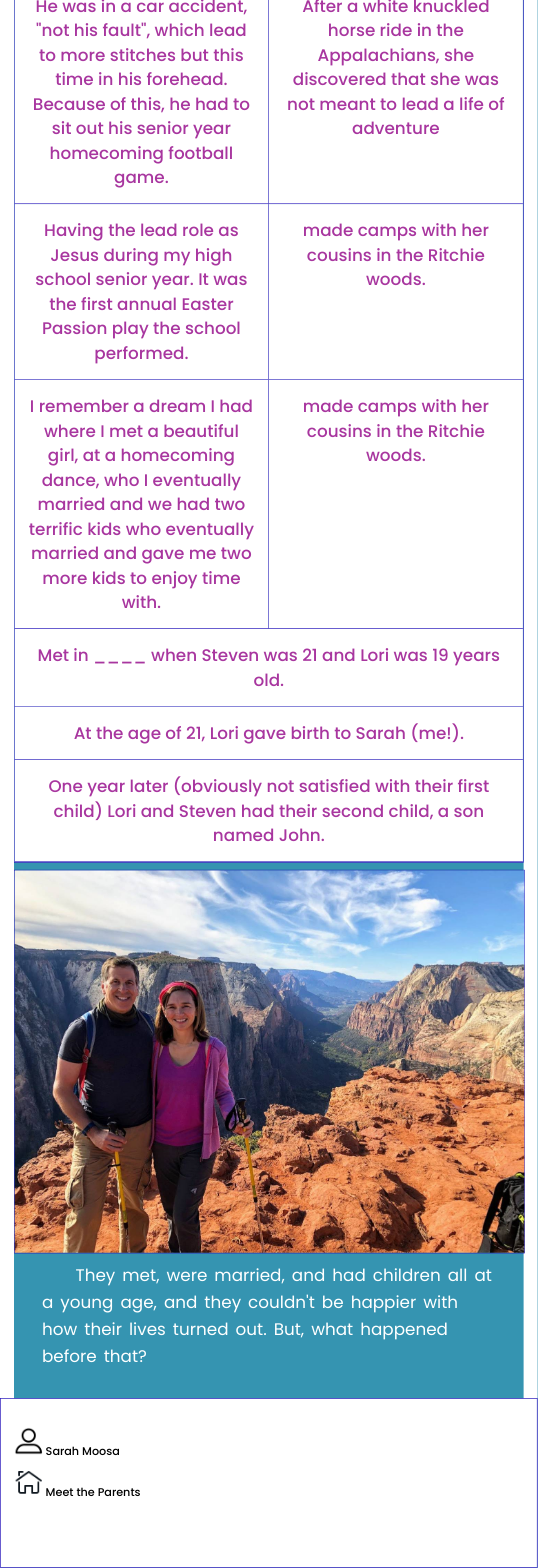
Repository: Sbethm/parents-tribute
Page: timeline.html
An editor plug-in stored every save of this project. The page is shown before and after the next save, followed by the edit.
The browser window is 768 px wide. The pictures show the part of the page from y = 1761 to 4001 px (the page is 4001 px tall), at 70% of full size.

Above is the page before, as saved 2021-02-24 13:11:10.

### timeline.html
<!DOCTYPE html>
<html>
    <head>
      <meta charset="UTF-8">
      <title>Before They Met</title>
      <meta name="description" content="A choose your own story adventure game">
      <meta name="viewport" content="width=device-width, initial-scale=1.0">
      <link rel="preconnect" href="https://fonts.gstatic.com">
      <link href="https://fonts.googleapis.com/css2?family=Poppins:ital,wght@0,400;0,500;0,600;0,700;0,800;0,900;1,400;1,500;1,600;1,700;1,800;1,900&family=Sora:wght@400;500;600;700;800&display=swap" rel="stylesheet"> <!--
        This is used for headings:
        font-family: 'Sora', sans-serif;
        This is used for content:
        font-family: 'Poppins', sans-serif;-->
      <link href="style.css" type="text/css" rel="stylesheet">
    </head>

    <body>
      <header>
        <h1>Meet the Parents</h1>
        <nav class="navigation">
          <a href="timeline.html">Before They Met</a>
          <a class= "a--border" href="index.html">Meet the Parents</a>
          <a href="lesson.html">The Lesson</a>
          </nav>
      </header>
      <main>
        <h2>Before They Met</h2>
        <p class="p--first">My parents were married at a young age. So, many of the stories they share are about their lives together.</p>
        <p class="p--last">They met, were married, and had children all at a young age, and they couldn't be happier with how their lives turned out. But, what happened before that?</p>
        <div class="grid--timeline">
            <div class="grid__box--timeline dad">Steven</div>
            <div class="grid__box--timeline mom">Lori</div>
            <!---------Dad's Grid Boxes---------->
            <div class="grid__box--timeline f-1">Born in 1969. The same year that man  first stepped on the moon.</div>
            <div class="grid__box--timeline f-2">Steven attended a small Catholic school.</div>
            <div class="grid__box--timeline f-3">During recess in the 4th grade, he gashed his elbow while playing a rough-and-tumble game of football. This resulted in four stitches (for a nine year old that’s a lot of stitches!)</div>
            <div class="grid__box--timeline f-4">When he was thirteen, he camped in the backyard and stayed up all night.</div>
            <div class="grid__box--timeline f-5">He ran his first high school track meet, the 100 yard dash, and won third place. For the first track meet, that's not too shabby!</div>
            <div class="grid__box--timeline f-6">He was in a car accident, "not his fault", which lead to more stitches but this time in his forehead. Because of this, he had to sit out his senior year homecoming football game.</div>
            <div class="grid__box--timeline f-7">Having the lead role as Jesus during my high school senior year. It was the first annual Easter Passion play the school performed.</div>
            <div class="grid__box--timeline f-8">I remember a dream I had where I met a beautiful girl, at a homecoming dance, who I eventually married and we had two terrific kids who eventually married and gave me two more kids to enjoy time with.</div>
            <!---------Dad's Grid Box Covers----->
            <div class="cover__left f-1__cover">1969</div>
            <div class="cover__left  f-2__cover">School</div>
            <div class="cover__left  f-3__cover"></div>
            <div class="cover__left  f-4__cover"></div>
            <div class="cover__left  f-5__cover"></div>
            <div class="cover__left  f-6__cover"></div>
            <div class="cover__left  f-7__cover"></div>
            <div class="cover__left  f-8__cover"></div>
            <!---------Mom's Grid Boxes---------->
            <div class="grid__box--timeline m-1">Born in 1970. What happened this year? Oh, yeah! Mom was born!</div>
            <div class="grid__box--timeline m-2">Lori attended a slightly larger public school.</div>
            <div class="grid__box--timeline m-3">She cut off one of her pigtails in the bathroom. Perhaps to see if she had the makings of a hairstylist? Let's just say, this career path ended here.</div>
            <div class="grid__box--timeline m-4">She had skied half of a bunny slope when she realized this daredevil sport wasn't for her.</div>
            <div class="grid__box--timeline m-5">She performed the lead role in a junior high school play.</div>
            <div class="grid__box--timeline m-6">After a white knuckled horse ride in the Appalachians, she discovered that she was not meant to lead a life of adventure</div>
            <div class="grid__box--timeline m-7">made camps with her cousins in the Ritchie woods.</div>
            <div class="grid__box--timeline m-8">made camps with her cousins in the Ritchie woods.</div>
            <!---------Mom's Grid Box Covers----->
            <div class="cover__right m-1__cover"></div>
            <div class="cover__right m-2__cover"></div>
            <div class="cover__right m-3__cover"></div>
            <div class="cover__right m-4__cover"></div>
            <div class="cover__right m-5__cover"></div>
            <div class="cover__right m-6__cover"></div>
            <div class="cover__right m-7__cover"></div>
            <div class="cover__right m-8__cover"></div>
            <!--------After They Met Boxes------->
            <div class="grid__box--timeline fm-1">Met in ____ when Steven was 21 and Lori was 19 years old.</div>
            <div class="grid__box--timeline fm-2">At the age of 21, Lori gave birth to Sarah (me!).</div>
            <div class="grid__box--timeline fm-3">One year later (obviously not satisfied with their first child) Lori and Steven had their second child, a son named John.</div>
        </div>
        <section>
          <img class="img-hiking"src="img/hiking.jpg" alt="Mom and dad enjoying a hike.">
          <p class="p--last">They met, were married, and had children all at a young age, and they couldn't be happier with how their lives turned out. But, what happened before that?</p>
        </section>
      </main>
      <footer>
        <img class="icon" src="img/profile_icon.png" alt="profile icon">
        Sarah Moosa
        <br><br>
        <img class="icon" src="img/home_icon.png" alt="home icon">
        Meet the Parents
      </footer>
    </body>

</html>

### style.css
/*
html5doctor.com Reset Stylesheet
v1.6.1
Last Updated: 2010-09-17
Author: Richard Clark - http://richclarkdesign.com
Twitter: @rich_clark
*/

html, body, div, span, object, iframe,
h1, h2, h3, h4, h5, h6, p, blockquote, pre,
abbr, address, cite, code,
del, dfn, em, img, ins, kbd, q, samp,
small, strong, sub, sup, var,
b, i,
dl, dt, dd, ol, ul, li,
fieldset, form, label, legend,
table, caption, tbody, tfoot, thead, tr, th, td,
article, aside, canvas, details, figcaption, figure,
footer, header, hgroup, menu, nav, section, summary,
time, mark, audio, video {
    margin:0;
    padding:0;
    border:0;
    outline:0;
    font-size:100%;
    vertical-align:baseline;
    background:transparent;
}

body {
    line-height:1;
}

article,aside,details,figcaption,figure,
footer,header,hgroup,menu,nav,section {
    display:block;
}

nav ul {
    list-style:none;
}

blockquote, q {
    quotes:none;
}

blockquote:before, blockquote:after,
q:before, q:after {
    content:'';
    content:none;
}

a {
    margin:0;
    padding:0;
    font-size:100%;
    vertical-align:baseline;
    background:transparent;
}

/* change colours to suit your needs */
ins {
    background-color:#ff9;
    color:#000;
    text-decoration:none;
}

/* change colours to suit your needs */
mark {
    background-color:#ff9;
    color:#000;
    font-style:italic;
    font-weight:bold;
}

del {
    text-decoration: line-through;
}

abbr[title], dfn[title] {
    border-bottom:1px dotted;
    cursor:help;
}

table {
    border-collapse:collapse;
    border-spacing:0;
}

/* change border colour to suit your needs */
hr {
    display:block;
    height:1px;
    border:0;
    border-top:1px solid #cccccc;
    margin:1em 0;
    padding:0;
}

input, select {
    vertical-align:middle;
}

/* MY CODE BELOW */

body {
    width: 100vw;
    position: absolute;
}

main {
    width: calc(100vw - 40px);
    height: 100%;
    margin: 20px 20px;
    background-color: rgb(53, 148, 177);
}

header {
    width: 100vw;
    padding-top: 40px;
    background-color: rgb(255, 255, 255);
    display: flex;
    flex-direction: column;
    justify-content: center;
}

h1 {
    width: 100%;
    font-family: 'Sora', sans-serif;
    color: rgb(53, 148, 177);
    font-size: 3em;
    font-weight: 700;
    text-align: center;
    padding-bottom: 30px;
}

.navigation {
    max-width: 100vw;
    background-color: rgb(126, 66, 121);
    text-align: center;
    display: grid;
    grid-template-columns: repeat(3, 1fr);
    grid-template-areas:
      " time meet lesson";
}

.time {
    grid-area: time;
}

.meet {
    grid-area: meet;
}

.lesson {
    grid-area: lesson;
}

a {
    padding: 20px 7px;
    background-color: rgb(168, 54, 159);
    font-family: 'Poppins', sans-serif;
    font-size: 1em;
    font-weight: 400;
    color: rgb(255, 255, 255);
    text-decoration: none;
}

.a--border {
    border-left: solid 2px rgb(182, 97, 173);
    border-right: solid 2px rgb(182, 97, 173);
}

a:hover {
    background-color: rgb(97, 49, 92);
}

section {
    width: 100%;
}

h2 {
    max-width: 100%;
    padding: 20px 20px 10px 20px;
    font-family: 'Sora', sans-serif;
    font-size: 1.5em;
    font-weight: 600;
    text-align: center;
    color: rgb(255, 255, 255);
}


.img-sitting,
.img-hiking,
.disney-adventure__img {
    max-width: 100%;
    height: auto;
    justify-content: center;
    align-content: center;
}

.p--first,
.p--inner,
.p--last {
    font-family: 'Poppins', sans-serif;
    font-size: 1em;
    text-indent: 2em;
    line-height: 1.5em;
    word-spacing: 0.1em;
    color: rgb(255, 255, 255);
}

.p--first {
    padding: 10px 20px 0px 20px;
}

.p--inner {
    padding: 0px 20px 0px 20px;
}

.p--last {
    padding: 0px 20px 10px 20px;
}

footer {
    width: calc(100vw - 42px);
    height: 100px;
    padding: 40px 20px 0 20px;
    position: relative;
    bottom: 0;
    font-family: 'Poppins', sans-serif;
    font-size: 1em;
    font-weight: 500;
    border: solid 1px rgb(182, 97, 173);
}

.icon {
    width: 20px;
    height: auto;
}
/*MEET THE PARENTS CODE PHONE*/

.img-sitting {
    margin: 10px 0;
}

/*TIMELINE CODE PHONE*/

.grid--timeline {
    display: grid;
    margin: 10px 0;
    border: solid 1px rgb(40, 23, 187);
    grid-template-columns: 1fr 1fr;
    grid-template-rows: repeat(13, fit-content);
    grid-template-areas:
        "tl tl"
        "dad mom"
        "f-1 m-1"
        "f-2 m-2"
        "f-3 m-3"
        "f-4 m-4"
        "f-5 m-5"
        "f-6 m-6"
        "f-7 m-7"
        "f-8 m-8"
        "fm-1 fm-1"
        "fm-2 fm-2"
        "fm-3 fm-3";
}

.grid__box--timeline {
    background-color: rgb(255, 255, 255);
    padding: 10px 7px;
    color: rgb(168, 54, 159);
    text-align: center;
    font-family: 'Poppins', sans-serif;
    font-weight: 500;
    font-size: 1em;
}

.dad {
    grid-area: dad;
    border-top: solid 1px rgb(40, 23, 187);
    border-bottom: solid 1px rgb(40, 23, 187);
    border-right: solid 1px rgb(40, 23, 187);
}

.mom {
    grid-area: mom;
    border-top: solid 1px rgb(40, 23, 187);
    border-bottom: solid 1px rgb(40, 23, 187);
}

.f-1 {
    grid-area: f-1;
    border-bottom: solid 1px rgb(40, 23, 187);
    border-right: solid 1px rgb(40, 23, 187);
}

.f-2 {
    grid-area: f-2;
    border-bottom: solid 1px rgb(40, 23, 187);
    border-right: solid 1px rgb(40, 23, 187);
}

.f-3 {
    grid-area: f-3;
    border-bottom: solid 1px rgb(40, 23, 187);
    border-right: solid 1px rgb(40, 23, 187);
}

.f-4 {
    grid-area: f-4;
    border-bottom: solid 1px rgb(40, 23, 187);
    border-right: solid 1px rgb(40, 23, 187);
}

.f-5 {
    grid-area: f-5;
    border-bottom: solid 1px rgb(40, 23, 187);
    border-right: solid 1px rgb(40, 23, 187);
}

.f-6 {
    grid-area: f-6;
    border-bottom: solid 1px rgb(40, 23, 187);
    border-right: solid 1px rgb(40, 23, 187);
}

.f-7 {
    grid-area: f-7;
    border-bottom: solid 1px rgb(40, 23, 187);
    border-right: solid 1px rgb(40, 23, 187);
}

.f-8 {
    grid-area: f-8;
    border-bottom: solid 1px rgb(40, 23, 187);
    border-right: solid 1px rgb(40, 23, 187);
}

.cover {
    display: none;
}

.cover:hover {
    color: rgb(245, 245, 245, 0);
    background-color: rgb(65, 175, 209, 0);
    animation-name: fade;
    animation-duration: 1s;
}

.m-1 {
    grid-area: m-1;
    border-bottom: solid 1px rgb(40, 23, 187);
}

.m-2 {
    grid-area: m-2;
    border-bottom: solid 1px rgb(40, 23, 187);
}

.m-3 {
    grid-area: m-3;
    border-bottom: solid 1px rgb(40, 23, 187);
}

.m-4 {
    grid-area: m-4;
    border-bottom: solid 1px rgb(40, 23, 187);
}

.m-5 {
    grid-area: m-5;
    border-bottom: solid 1px rgb(40, 23, 187);
}

.m-6 {
    grid-area: m-6;
    border-bottom: solid 1px rgb(40, 23, 187);
}

.m-7 {
    grid-area: m-7;
    border-bottom: solid 1px rgb(40, 23, 187);
}

.m-8 {
    grid-area: m-8;
    border-bottom: solid 1px rgb(40, 23, 187);
}

.fm-1 {
    grid-area: fm-1;
    border-bottom: solid 1px rgb(40, 23, 187);
}

.fm-2 {
    grid-area: fm-2;
    border-bottom: solid 1px rgb(40, 23, 187);
}

.fm-3 {
    grid-area: fm-3;
    border-bottom: solid 1px rgb(40, 23, 187);
}

.img-hiking {
    margin-bottom: 10px;
}

/*LESSON LEARNED CODE PHONE*/

.disney-adventure__img {
    margin: 20px 0;
}


/*iPAD*/ @media screen and (min-width: 700px) and (max-width: 899px) {

    header {
        padding-top: 60px;
    }

    h1 {
        font-size: 3.5em;
        padding-bottom: 50px;
    }

    main {
        padding: 20px 0;
        margin: 0 20px;
        width: calc(100vw - 40px);
        background-color: rgb(53, 148, 177);
        border-top: none;
    }

    a {
        padding: 20px 40px;
        font-size: 1.5em;
    }

    .a--border {
        padding: 20px 60px;
    }

    h2 {
        font-size: 2.5em;

    }

    .p--first,
    .p--inner,
    .p--last {
        font-size: 1.5em;
        text-indent: 2em;
        line-height: 1.6em;
        word-spacing: 0.15em;
    }

    .p--first {
        padding: 20px 40px 0px 40px;
    }

    .p--inner {
        padding: 0px 40px 0px 40px;
    }

    .p--last {
        padding: 0px 40px 20px 40px;
    }

    section {
        background-color: rgb(40, 23, 187, 0);
        border: none;
    }

    .grid--section {
        max-width: calc(100vw - 40px);
        display: grid;
        grid-template-columns: 50% 50%;
        grid-template-rows: 100px 200px 200px;
        grid-template-areas:
            "title title"
            "picture p1"
            "picture p2";
    }

    section h2 {
        grid-area: title;
        align-self: center;
        justify-self: center;
    }

    .img-sitting {
        max-height: 360px;
        margin-bottom: 20px;
        border: solid 1px rgb(40, 23, 187);
        border-left: none;
        grid-area: picture;
        justify-self: center;
        align-self: center;
    }

    .p1 {
        align-self: flex-start;
        grid-area: p1;
        padding-left: 40px;
        padding-right: 20px;
    }

    .p2 {
        align-self: flex-end;
        grid-area: p2;
        padding: 0 20px 30px 40px;
    }

   footer {
        width: calc(100vw - 42px);
        height: 200px;
        padding: 40px 20px 0 20px;
        position: relative;
        bottom: 0;
        font-family: 'Poppins', sans-serif;
        font-size: 1em;
        font-weight: 500;
        border: solid 1px rgb(40, 23, 187);
    }

    .icon {
        width: 40px;
        height: auto;
    }

/*TIMELINE CODE iPAD*/

    .grid__box--timeline{
        padding: 20px;
        font-size: 1.5em;
        line-height: 35px;
    }

    .title {
        font-size: 2.5em;
        color: rgb(255, 255, 255);
        background-color: rgb(53, 148, 177);
    }

    .dad,
    .mom {
        font-size: 2em;
    }

    .img-hiking {
        border: solid 1px rgb(40, 23, 187);
    }



/*LESSON LEARNED CODE iPAD*/

}

/*COMPUTER*/@media screen and (min-width: 900px) and (max-width: 2000px) {

    header {
        padding-top: 80px;
    }

    h1 {
        font-size: 4em;
        padding-bottom: 70px;
    }

    main {
        max-width: calc(100vw - 160px);
        padding-top: 20px;
        margin: 0 80px;
        border-top: none;
    }

    nav {
        width: calc(100vw - 160px);
        margin: 0 80px;
        background-color: rgb(126, 66, 121);
        text-align: center;
        display: grid;
        grid-template-columns: repeat(3, 3px);
        grid-template-areas:
          " time meet lesson";
    }

    a {
        font-size: 1.25em;
    }

    h2 {
        font-size: 2em;
        padding: 20px;
    }

    .p--first,
    .p--inner,
    .p--last {
        font-size: 1.25em;
        text-indent: 2em;
        line-height: 1.5em;
        word-spacing: 0.1em;
    }

    .p--first {
        padding: 20px 60px 0px 60px;
    }

    .p--inner {
        padding: 0px 60px 0px 60px;
    }

    .p--last {
        padding: 0px 60px 20px 60px;
    }

    .grid--section {
        display: grid;
        padding-bottom: 40px;
        grid-template-columns: auto;
        grid-template-rows: 150px 420px 150px 150px;
        grid-template-areas:
            "title"
            "picture"
            "p1"
            "p2";
    }

    section h2 {
        align-self: center;
        justify-self: center;
    }

    .img-sitting {
        max-height: 400px;
        margin-bottom: 0px;
        border: double 3px rgb(255, 255, 255);
        justify-self: center;
        align-self: center;
    }

    .p1 {
        align-self: center;
        grid-area: p1;
        padding: 20px 40px;
    }

    .p2 {
        align-self: center;
        grid-area: p2;
        padding: 20px 40px;
    }

    footer {
        max-width: calc(100vw - 162px);
        margin: 0 80px;
    }

/*TIMELINE CODE COMPUTER*/

    .img-hiking {
    max-height: 400px;
    width: auto;
    border: double 3px rgb(255, 255, 255);
    display: block;
    margin: 50px auto ;
    }

    .grid__box--timeline{
        z-index: 1;
        padding: 20px;
        font-size: 1.5em;
        text-indent: 2em;
        line-height: 1.8em;
        word-spacing: 0.15em;
    }

    .grid--timeline {
        display: grid;
        margin: 0 auto;
        width: 1000px;
        box-shadow: 10px 10px 31px 0px rgba(0,0,0,0.75);
        -webkit-box-shadow: 10px 10px 31px 0px rgba(0,0,0,0.75);
        -moz-box-shadow: 10px 10px 31px 0px rgba(0,0,0,0.75);
        grid-template-columns: 1fr 1fr;
        grid-template-rows: repeat(13, fit-content);
        grid-template-areas:
            "tl tl"
            "dad mom"
            "f-1 m-1"
            "f-2 m-2"
            "f-3 m-3"
            "f-4 m-4"
            "f-5 m-5"
            "f-6 m-6"
            "f-7 m-7"
            "f-8 m-8"
            "fm-1 fm-1"
            "fm-2 fm-2"
            "fm-3 fm-3";
    }

    .grid__box--timeline {
    font-weight: 400;
    }

    .dad,
    .mom {
        font-size: 2em;
        font-weight: 500;
    }


.cover__left {
    z-index: 2;
    color:rgb(245, 245, 245);
    font-family: 'Poppins', sans-serif;
    text-align: center;
    font-size: 2em;
    background-color: rgb(53, 148, 177);
    border-top: double 3px rgb(40, 23, 187);
    border-right: solid 1px rgb(40, 23, 187);
    display: flex;
    justify-content: center;
    align-items: center;
}

.cover__right {
    z-index: 2;
    color:rgb(245, 245, 245);
    font-family: 'Poppins', sans-serif;
    text-align: center;
    font-size: 2em;
    background-color: rgb(53, 148, 177);
    border-top: double 3px rgb(40, 23, 187);

    display: flex;
    justify-content: center;
    align-items: center;

}

.cover__left:hover,
.cover__right:hover {
    animation-name: fade;
    animation-duration: 1s;
    animation-fill-mode: forwards;
}

@keyframes fade {
    0% {
        background-color: rgb(53, 148, 177);
    }
    100% {
        background-color: rgb(65, 175, 209, 0);
    }
}

.f-1__cover {
    grid-area: f-1;
}

.f-2__cover {
    grid-area: f-2;
}

.f-3__cover {
    grid-area: f-3;
}

.f-4__cover {
    grid-area: f-4;
}

.f-5__cover {
    grid-area: f-5;
}

.f-6__cover {
    grid-area: f-6;
}

.f-7__cover {
    grid-area: f-7;
}

.f-8__cover {
    grid-area: f-8;
}

.m-1__cover {
    grid-area: m-1;
}

.m-2__cover {
    grid-area: m-2;
}

.m-3__cover {
    grid-area: m-3;
}

.m-4__cover {
    grid-area: m-4;
}

.m-5__cover {
    grid-area: m-5;
}

.m-6__cover {
    grid-area: m-6;
}

.m-7__cover {
    grid-area: m-7;
}

.m-8__cover {
    grid-area: m-8;
}

.m-1 {
    border-left: solid 1px rgb(40, 23, 187);
}

.m-2 {
    border-left: solid 1px rgb(40, 23, 187);
}

.m-3 {
    border-left: solid 1px rgb(40, 23, 187);
}

.m-4 {
    border-left: solid 1px rgb(40, 23, 187);
}

.m-5 {
    border-left: solid 1px rgb(40, 23, 187);
}

.m-6 {
    border-left: solid 1px rgb(40, 23, 187);
}

.m-7 {
    border-left: solid 1px rgb(40, 23, 187);
}

.m-8 {
    border-left: solid 1px rgb(40, 23, 187);
}

    footer {
        width: calc(100vw - 42px);
        height: 200px;
        padding: 40px 20px 0 20px;
        position: relative;
        bottom: 0;
        font-family: 'Poppins', sans-serif;
        font-size: 1em;
        font-weight: 500;
        border: solid 1px rgb(40, 23, 187);
    }

    .icon {
        width: 40px;
        height: auto;
    }
/*LESSON LEARNED CODE iPAD*/

}

After the next save:
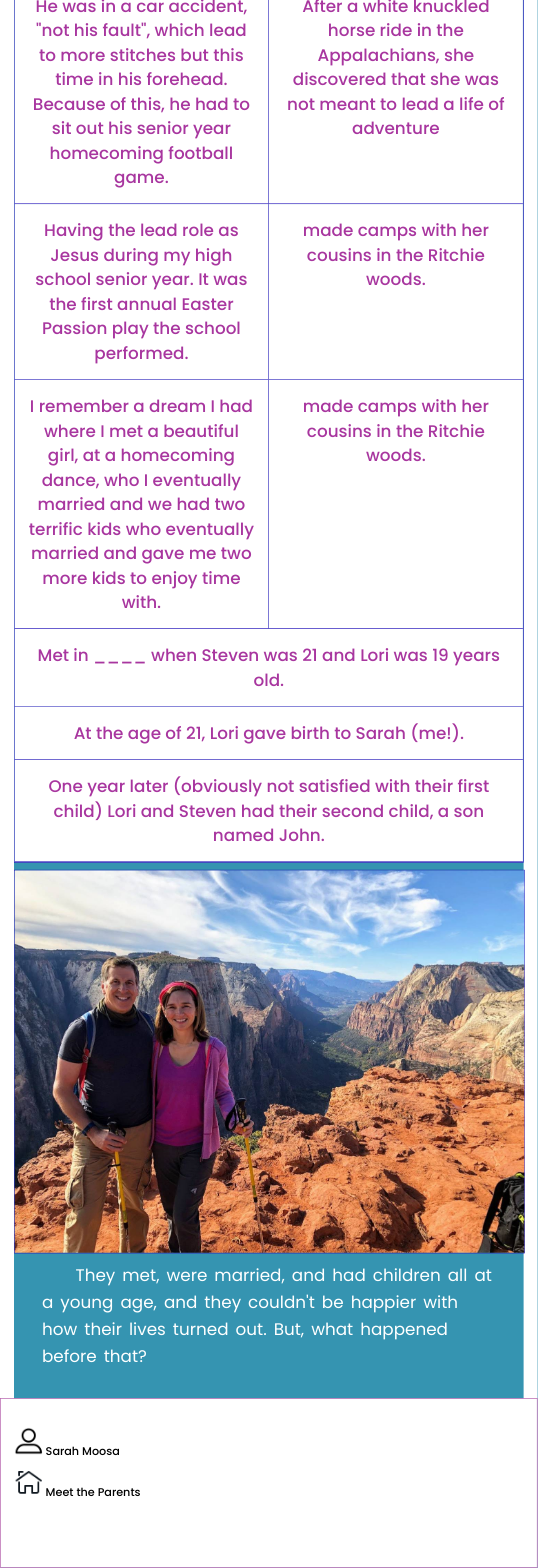
Saved 95 s later.
--- a/style.css
+++ b/style.css
@@ -524,7 +524,7 @@ footer {
         font-family: 'Poppins', sans-serif;
         font-size: 1em;
         font-weight: 500;
-        border: solid 1px rgb(40, 23, 187);
+
     }
 
     .icon {
